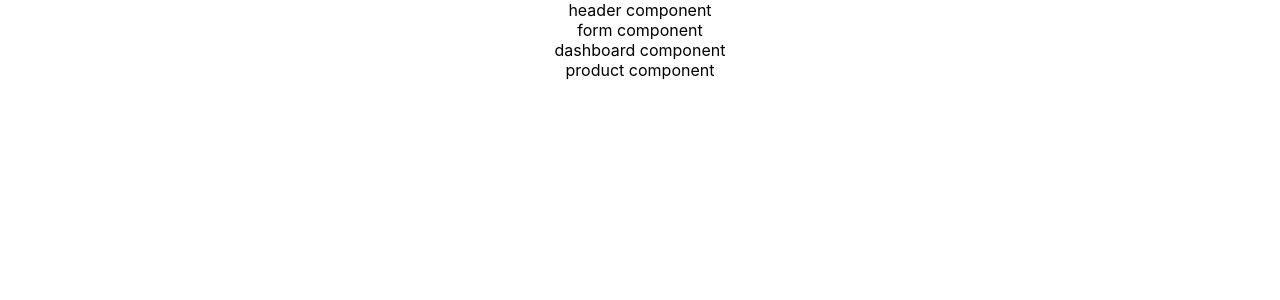
Repository: ooter37/shelfie
Page: /
These files come from the project's save history. The page is drawn as it stood at one moment and after the next save; the edit follows.
The browser window is 1280 px wide. The pictures show the whole page.
The project was rebuilt for these pictures with package versions that can differ from the ones it lists, and the page was loaded fresh each time.

Above is the page before, as saved 2020-04-03 10:17:39.

### src/App.js
import React from 'react';

import './App.css';
import Header from './Components/Header/Header'
import Dashboard from './Components/Dashboard/Dashboard'
import Form from './Components/Form/Form'

function App() {
  return (
    <div className="App">
      <Header/>
      <Form/>
      <Dashboard/>
    </div>
  );
}

export default App;

### src/Components/Header/Header.js
import React from 'react'

export default class Header extends React.Component {
    // constructor() {
    //     super()
    // }
    render() {
        return (
            <div>header component</div>
        )
    }
}

### src/Components/Dashboard/Dashboard.js
import React from 'react'
import Product from '../Product/Product'

export default class Dashboard extends React.Component {
    // constructor() {
    //     super()
    // }
    render() {
        return (
            <div>
                dashboard component
                <Product/>

            </div>
        )
    }
}

### src/Components/Form/Form.js
import React from 'react'

export default class Form extends React.Component {
    // constructor() {
    //     super()
    // }
    render() {
        return (
            <div>form component</div>
        )
    }
}

### src/Components/Product/Product.js
import React from 'react'

export default class Product extends React.Component {
    // constructor() {
    //     super()
    // }
    render() {
        return (
            <div>product component</div>
        )
    }
}

Loaded but not shown: public/index.html (common file); src/index.js (common file); src/index.css (common file); src/serviceWorker.js (common file); src/App.css (common file)

After the next save:
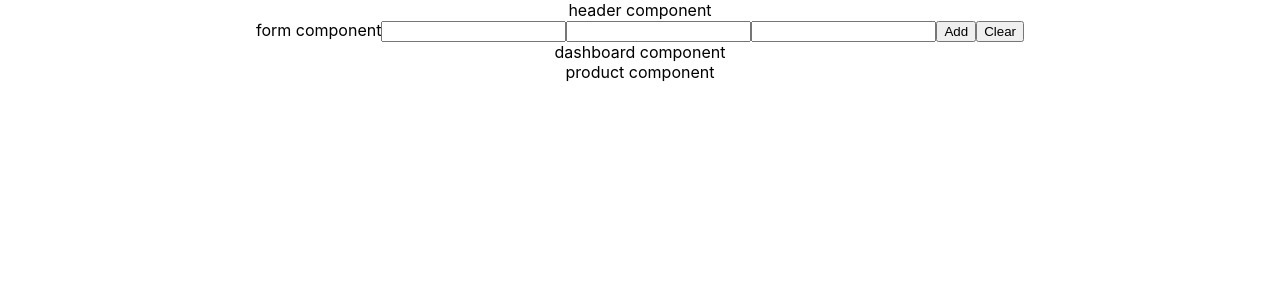
Saved 5 min 44 s later.
--- a/src/Components/Form/Form.js
+++ b/src/Components/Form/Form.js
@@ -6,7 +6,13 @@ export default class Form extends React.Component {
     // }
     render() {
         return (
-            <div>form component</div>
+            <div>form component
+                <input></input>
+                <input></input>
+                <input></input>
+                <button>Add</button>
+                <button>Clear</button>
+            </div>
         )
     }
 }
